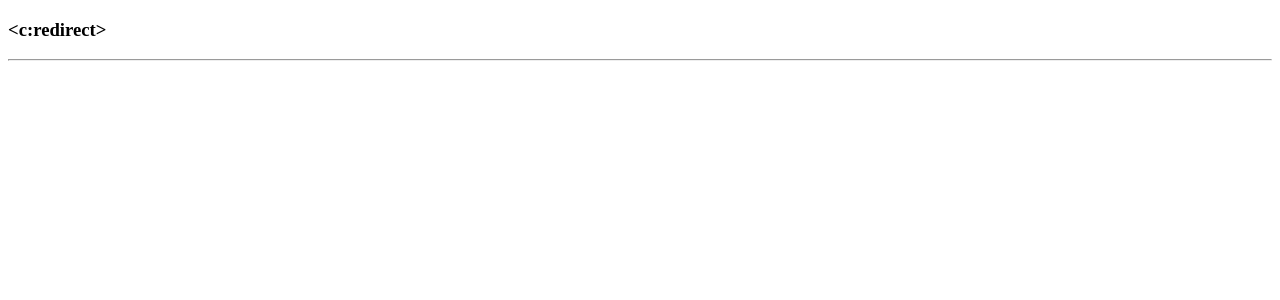
Repository: topblame/Bootcamp
Page: http://localhost/JSP_250408/chapter05/04_jstl_url.jsp
An editor plug-in stored every save of this project. The page is shown before and after the next save, followed by the edit.
The browser window is 1280 px wide. The pictures show the whole page.
The page is served by Tomcat 9. Other server files are loaded and not shown.

Above is the page before, as saved 2025-06-27 07:02:35.

### WebMvc/JSP_250408/src/main/webapp/chapter05/04_jstl_url.jsp
<%@ page language="java" contentType="text/html; charset=UTF-8"
    pageEncoding="UTF-8"%>
<%@ taglib prefix ="c" uri = "http://java.sun.com/jsp/jstl/core"  %>
<!DOCTYPE html PUBLIC "-//W3C//DTD HTML 4.01 Transitional//EN" "http://www.w3.org/TR/html4/loose.dtd">
<html>
<head>
<meta http-equiv="Content-Type" content="text/html; charset=UTF-8">
<title>JSTL_URL</title>
</head>
<body>
<h3>&lt;c:redirect&gt;</h3>
<c:url var ="target" value ="01_jstlExam.jsp">
<c:param name = "sel1">Butter</c:param>
<c:param name = "sel2">Garlic</c:param>
</c:url>
<hr />
</body>
</html>

After the next save:
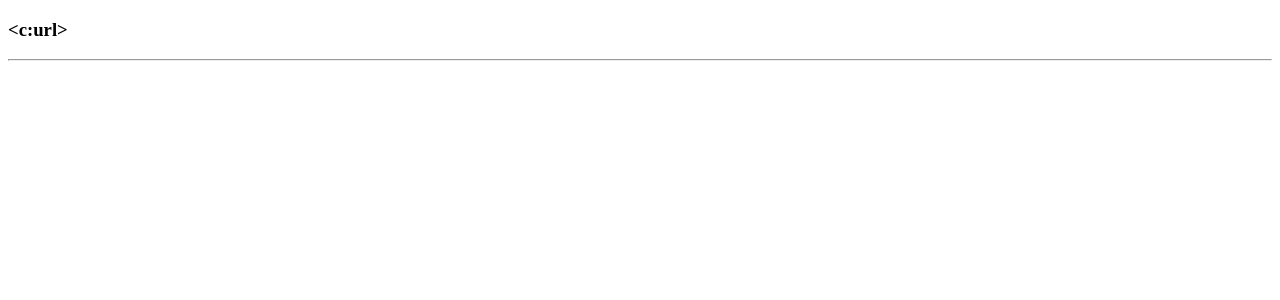
Saved 11 s later.
--- a/WebMvc/JSP_250408/src/main/webapp/chapter05/04_jstl_url.jsp
+++ b/WebMvc/JSP_250408/src/main/webapp/chapter05/04_jstl_url.jsp
@@ -8,7 +8,7 @@
 <title>JSTL_URL</title>
 </head>
 <body>
-<h3>&lt;c:redirect&gt;</h3>
+<h3>&lt;c:url&gt;</h3>
 <c:url var ="target" value ="01_jstlExam.jsp">
 <c:param name = "sel1">Butter</c:param>
 <c:param name = "sel2">Garlic</c:param>
